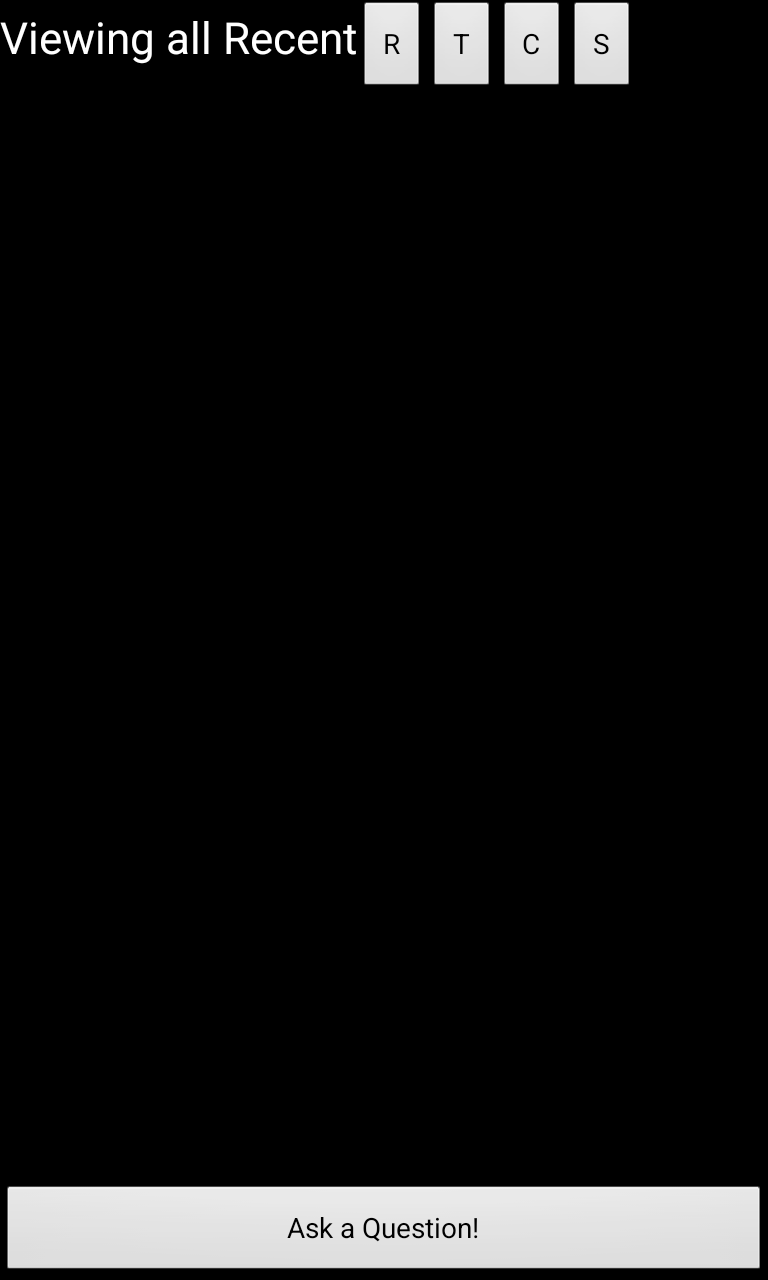
Repository: AustinCundiff/Questions-App
Layout: Q&AApp_Android/res/layout/activity_question_list.xml
An editor plug-in stored every save of this project. The layout is shown before and after the next save, followed by the edit.
It is drawn on a 768 x 1280 px phone screen (xhdpi) without system bars, with theme android:Theme; the app's code is not run. Lists and similar views that code fills are empty.

Above is the layout before, as saved 2015-01-01 00:02:17.

After the next save:
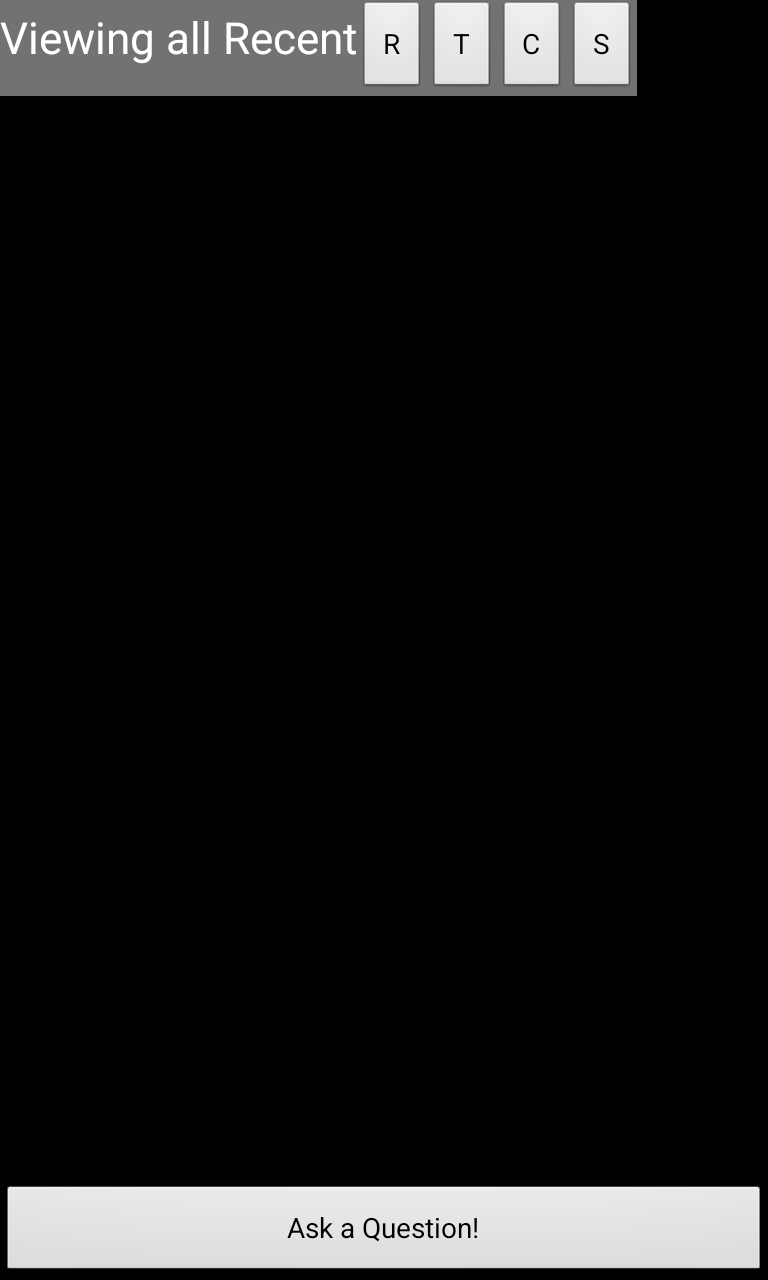
Saved 21 s later.
--- a/Q&AApp_Android/res/layout/activity_question_list.xml
+++ b/Q&AApp_Android/res/layout/activity_question_list.xml
@@ -8,6 +8,7 @@
         android:id="@+id/layout_viewingall"
         android:layout_width="wrap_content"
         android:layout_height="wrap_content"
+        android:background="#727272"
         android:orientation="horizontal" >
 
         <TextView
@@ -47,7 +48,7 @@
         android:layout_width="match_parent"
         android:layout_height="wrap_content"
         android:layout_above="@+id/askButton"
-        android:layout_below="@id/button1" />
+        android:layout_below="@+id/layout_viewingall" />
 
     <Button
         android:id="@+id/askButton"
